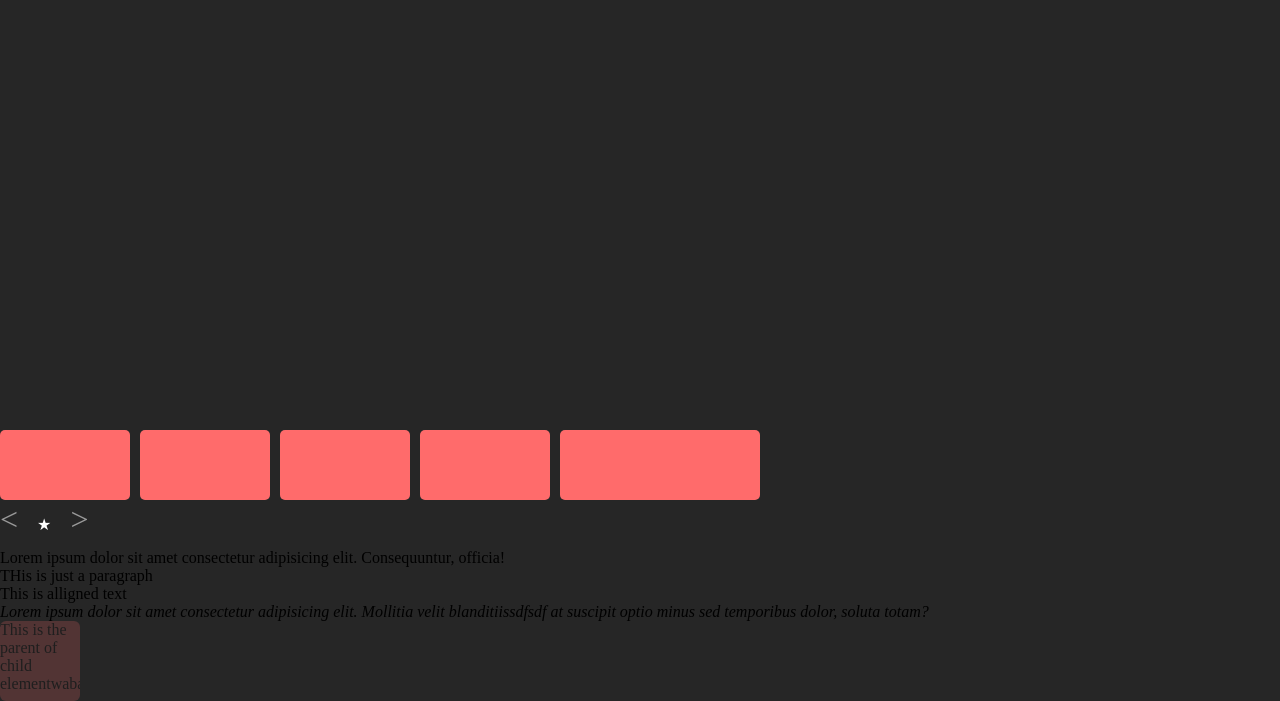
Repository: robin-webdev/frontend
Page: CSS/index.html
An editor plug-in stored every save of this project. The page is shown before and after the next save, followed by the edit.
The browser window is 1280 px wide. The pictures show the part of the page from y = 0 to 701 px (the page is 1084 px tall).
Pictures or frames that could not be fetched are drawn as grey boxes. The style sheet was rebuilt from its Sass, Less or Tailwind sources for each picture, by a compiler version that may differ from the author's.

Above is the page before, as saved 2025-12-17 15:46:05.

### CSS/index.html
<!DOCTYPE html>
<html lang="en">
  <head>
    <meta charset="UTF-8" />
    <meta name="viewport" content="width=device-width, initial-scale=1.0" />
    <title>SCSS</title>
    <link rel="stylesheet" href="style.css" />
  </head>
  <body>
    <main>

      <section class="section8">
        <div class="box"></div>
        <div class="box"></div>
        <div class="box"></div>
        <div class="box"></div>
        <div class="box"></div>
      </section>

      <section class="section1">
        <span class="quote">
          <span class="icon"></span>
        </span>
      </section>
      <section class="section2">Lorem ipsum dolor sit amet consectetur adipisicing elit. Consequuntur, officia!
        <p>THis is just a paragraph</p>
      </section>
      <section class="section3">This is alligned text
        <p>Lorem ipsum dolor sit amet consectetur adipisicing elit. Mollitia velit blanditiissdfsdf at suscipit optio minus sed temporibus dolor, soluta totam?</p>
      </section>
      <section class="section4">This is the parent of child elementwaba
        <div class="child">Child</div>
      </section>
      <section class="section5">
        <h2>Mountains</h2>
      </section>
       <section class="section6">
        <div class="box"></div>
      </section>
        <section class="section7">
      <h1>Drishyam 2</h1>
     </section>


    </main>
  </body>
</html>

### CSS/style.scss
@mixin center() {
  display: flex;
  justify-content: center;
  align-items: center;
}

* {
  margin: 0;
  padding: 0;
  box-sizing: border-box;
}

@font-face {
  font-family: horror; /* Custom name for your font */
  src: url(./Blood\ Victim\ Zombie.ttf); /* Path to font file */
}

html,
body {
  height: 100%;
  width: 100%;
  background-color: rgb(38, 38, 38);
}

.quote::before {
  content: "<"; /* Adds opening quote */
  font-size: 2em;
  color: #999;
}

.quote::after {
  content: ">"; /* Adds closing quote */
  font-size: 2em;
  color: #999;
}

.icon::before {
  content: "★"; /* Adds star icon before text */
  display: inline-block;
  padding: 15px;
  color: white;
}

.section2::selection {
  background-color: #ff6b6b; /* Color when text is highlighted */
  color: white;
}

.section2 {
  p::selection {
    background-color: yellow; /* Specific to paragraphs */
    color: black;
  }
}

.section3 {
  // text-indent: 50px;
  // letter-spacing: 5px;
  // text-align: center;

  p {
    // word-break: break-all;
    white-space: nowrap;
    overflow: hidden;
    text-overflow: ellipsis;
    font-style: italic;
  }
}

.section4 {
  height: 80px;
  width: 80px;
  background-color: #ff6b6b;
  border-radius: 6px;
  opacity: 0.2;
  // filter: blur(1px);
  -webkit-backdrop-filter: blur(10px);
}

.section4 {
  overflow: hidden;
  .child {
    height: 30px;
    width: 30px;
    background-color: crimson;
    transform: translate(100px);
    // position: relative;
  }
}

.section5 {
  background-image: url(https://cdn.pixabay.com/photo/2018/01/14/23/12/nature-3082832_1280.jpg);
  background-size: cover;
  height: 200px;
  display: flex;
  justify-content: center;
  align-items: center;

  h2 {
    font-family: horror;
    color: white;
    padding: 5px 10px;
    border-radius: 10px;
    // opacity: 0.5;

    backdrop-filter: blur(2px);
  }
}

.section6 {
  padding-top: 50px;
  display: flex;
  justify-content: center;
  align-items: center;
  perspective: 100px;

  .box {
    height: 100px;
    width: 150px;
    background-image: url(https://cdn.pixabay.com/photo/2018/01/14/23/12/nature-3082832_1280.jpg);
    background-size: cover;
    background-position: center;
    border: 3px solid rgb(49, 49, 49);
    // border-radius: 5px;
    transform: rotateY(45deg);
  }
}

.section7 {
  @include center();

  h1 {
    background-image: url(https://cdn.pixabay.com/photo/2018/01/14/23/12/nature-3082832_1280.jpg);
    background-size: cover;
    background-position: center;
    background-clip: text;
    color: transparent;
    font-family: "Segoe UI", Tahoma, Geneva, Verdana, sans-serif;
  }
}

.section8{
  height: 500px;
  @include center();
  gap: 10px;
  flex-wrap: wrap;
  justify-content: start;
  // align-content: space-evenly;
  align-items: end;

  .box{
    background-color: #ff6b6b;
    height: 70px;
    width: 130px;
    border-radius: 5px;
  }

  .box:nth-child(2){
    // flex-grow: 1;
    flex-basis: 200px;
    // flex-shrink: 3;
    order: 5;
  }
}

After the next save:
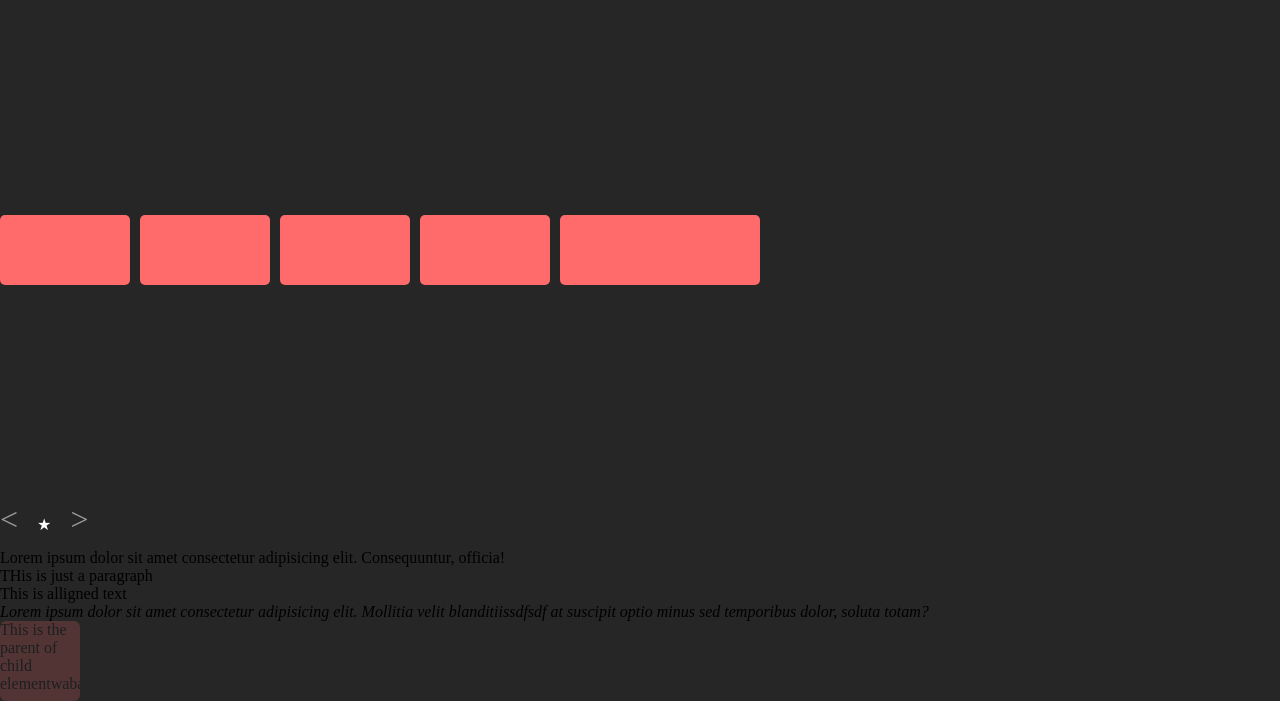
Saved 4 s later.
--- a/CSS/style.scss
+++ b/CSS/style.scss
@@ -146,7 +146,7 @@ body {
   flex-wrap: wrap;
   justify-content: start;
   // align-content: space-evenly;
-  align-items: end;
+  align-items: center;
 
   .box{
     background-color: #ff6b6b;
